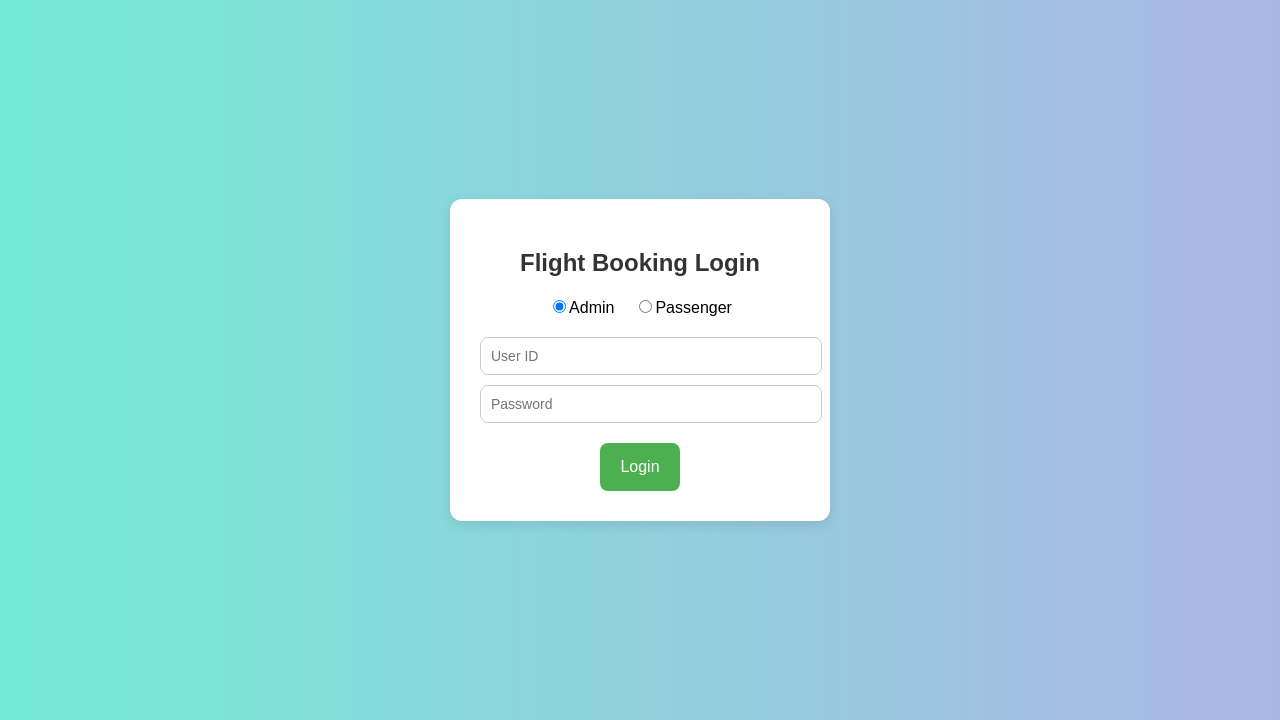
Repository: Shenes35/Booking-system
Page: / (app in frontend/)
The author's editor kept a copy of each file at every save. The page is drawn from the files as they stood at one save, then again after the next save.
The browser window is 1280 px wide. The pictures show the whole page.
The project was rebuilt for these pictures with package versions that can differ from the ones it lists, and the page was loaded fresh each time.

Above is the page before, as saved 2025-05-19 10:41:29.

### frontend/src/index.js
import React from 'react';
import ReactDOM from 'react-dom/client';
import './index.css';
import App from './App.jsx';       // ONLY one import of App
import reportWebVitals from './reportWebVitals';

const root = ReactDOM.createRoot(document.getElementById('root'));
root.render(
  <React.StrictMode>
    <App />
  </React.StrictMode>
);

reportWebVitals();

### frontend/src/App.jsx
import React, { useState } from 'react';
import LoginPage from './components/LoginPage';

const App = () => {
  const [userRole, setUserRole] = useState(null);

  if (!userRole) {
    return <LoginPage setUserRole={setUserRole} />;
  }

  return (
    <div>
      <h1>Welcome, {userRole}!</h1>
      {/* Add more UI or navigation here */}
    </div>
  );
};

export default App;

### frontend/src/components/LoginPage.jsx
import React, { useState } from 'react';

const LoginPage = ({ setUserRole }) => {
  const [role, setRole] = useState('admin');
  const [userId, setUserId] = useState('');
  const [password, setPassword] = useState('');

  const handleSubmit = (e) => {
    e.preventDefault();
    if (!userId || !password) {
      alert('Please enter User ID and Password');
      return;
    }
    setUserRole(role);
  };

  return (
    <div style={styles.container}>
      <div style={styles.card}>
        <h2 style={styles.title}>Flight Booking Login</h2>
        <form onSubmit={handleSubmit}>
            <div style={styles.roleSelection}>
            <label style={styles.radioLabel}>
                <input type="radio" value="admin" checked={role === 'admin'} onChange={() => setRole('admin')} />
                Admin
            </label>
            <label style={styles.radioLabel}>
                <input type="radio" value="passenger" checked={role === 'passenger'} onChange={() => setRole('passenger')} />
                Passenger
            </label>
            </div>
            <input
                type="text"
                placeholder="User ID"
                value={userId}
                onChange={(e) => setUserId(e.target.value)}
                style={styles.input}
            />
            <input
                type="password"
                placeholder="Password"
                value={password}
                onChange={(e) => setPassword(e.target.value)}
                style={styles.input}
            />
            <button type="submit" style={styles.button}>Login</button>
        </form>
        </div>
    </div>
  );
};
const styles = {
  container: {
    display: 'flex',
    justifyContent: 'center',
    alignItems: 'center',
    height: '100vh',
    background: 'linear-gradient(to right, #74ebd5, #ACB6E5)',
    fontFamily: 'Arial, sans-serif',
  },
  card: {
    padding: '30px',
    borderRadius: '12px',
    backgroundColor: '#ffffff',
    boxShadow: '0 4px 12px rgba(0, 0, 0, 0.1)',
    minWidth: '320px',
    textAlign: 'center',
  },
  title: {
    marginBottom: '20px',
    color: '#333',
  },
  roleSelection: {
    display: 'flex',
    justifyContent: 'center',
    gap: '20px',
    marginBottom: '20px',
  },
  radioLabel: {
    fontSize: '16px',
  },
  input: {
    display: 'block',
    width: '100%',
    padding: '10px',
    margin: '10px 0',
    border: '1px solid #ccc',
    borderRadius: '8px',
    fontSize: '14px',
  },
  button: {
    backgroundColor: '#4CAF50',
    color: '#ffff',
    padding: '15px 20px',
    border: 'none',
    borderRadius: '8px',
    cursor: 'pointer',
    fontSize: '16px',
    marginTop: '10px',
    transition: 'background-color 0.3s ease',
  },
};

export default LoginPage;

Loaded but not shown: frontend/public/index.html (common file); frontend/src/index.css (common file); frontend/src/reportWebVitals.js (common file)

After the next save:
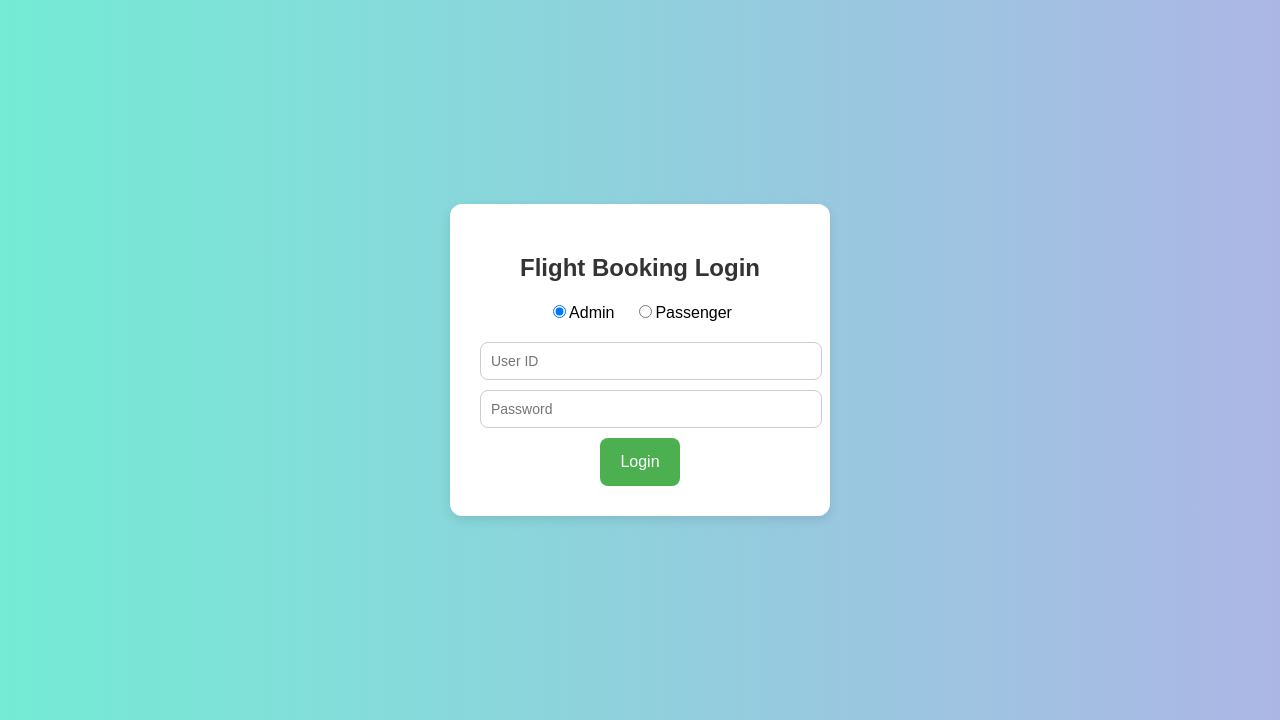
Saved 5 s later.
--- a/frontend/src/components/LoginPage.jsx
+++ b/frontend/src/components/LoginPage.jsx
@@ -96,7 +96,7 @@ const styles = {
     borderRadius: '8px',
     cursor: 'pointer',
     fontSize: '16px',
-    marginTop: '10px',
+    marginTop: '0px',
     transition: 'background-color 0.3s ease',
   },
 };
